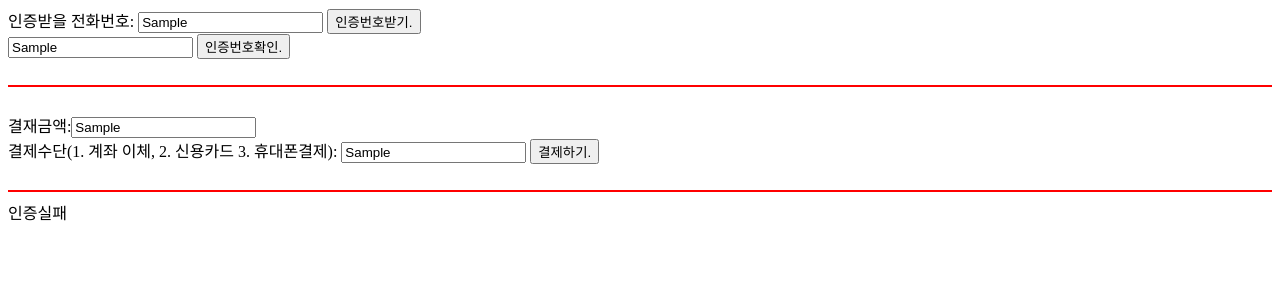
Repository: Yusubin/springEx
Page: http://localhost/spring04/ajax1.jsp
An editor plug-in stored every save of this project. The page is shown before and after the next save, followed by the edit.
The browser window is 1280 px wide. The pictures show the whole page.
Empty fields were first filled with sample values (such as "Sample", 5 or name@example.com).
After loading, the first visible `#b3` was clicked once.
The page is served by Tomcat 9.

Above is the page before, as saved 2022-02-17 09:10:46.

After the next save:
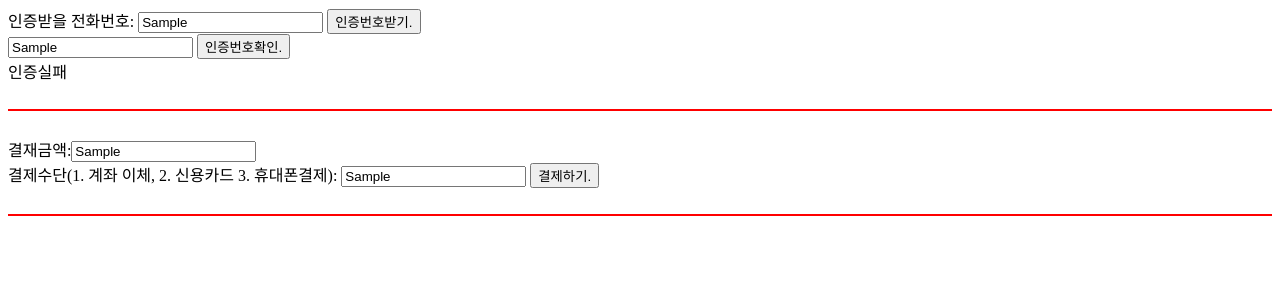
Saved 111 s later.
--- a/spring04/src/main/webapp/ajax1.jsp
+++ b/spring04/src/main/webapp/ajax1.jsp
@@ -29,14 +29,14 @@ $(function(){
 	});
 
 	$('#b3').click(function(y){//인증번호
-		 tel2Value=$('#confirm').val();
-		 alert(no);
-		 noResult="인증실패"
+		tel2Value=$('#confirm').val();
+		alert(no);
+		noResult="인증실패"
 		if(tel2Value==no){
 			noResult="인증성공"
 		}
 
-		 $('#result1').html(noResult)
+		 $('#result').html(noResult)
 	});
 
 	$('#b2').click(function(m){
